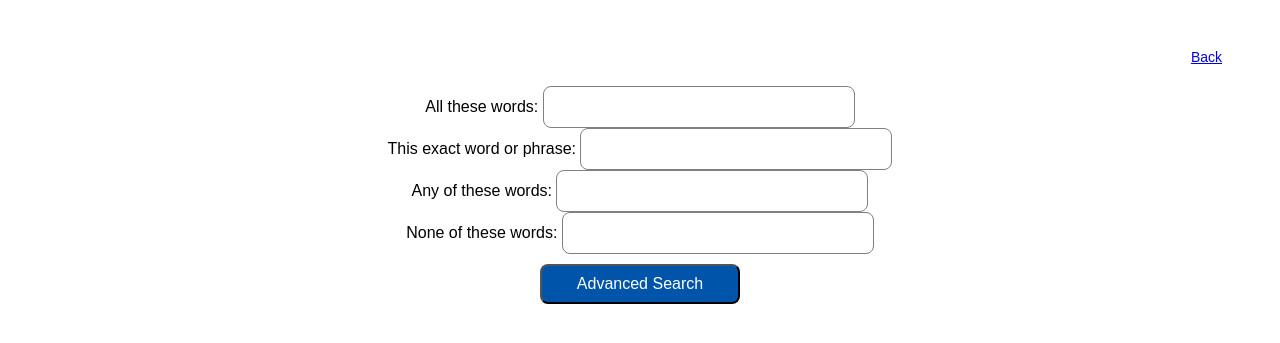
Repository: lyutok/cs50-search-project
Page: advanced.html
An editor plug-in stored every save of this project. The page is shown before and after the next save, followed by the edit.
The browser window is 1280 px wide. The pictures show the whole page.
The style sheet was rebuilt from its Sass, Less or Tailwind sources for each picture, by a compiler version that may differ from the author's.

Above is the page before, as saved 2025-07-07 12:31:16.

### advanced.html
<!DOCTYPE html>
<html lang="en">
<head>
    <meta name="viewport" content="width=device-width, initial-scale=1.0" charset="UTF-8">
    <title>Advanced Search</title>
    <link rel="stylesheet" href="styles.css">
    </head>
<body id="advanced_page">
    <div>
        <a href="google.html">Back</a>
    </div>
    <form action="https://www.google.com/search">
        <label for="all-words">All these words:</label>
        <input type="text" id="all-words" name="as_q">
        <br>
        <label for="exact-word">This exact word or phrase:</label>
        <input type="text" id="exact-word" name="as_epq">
        <br>
        <label for="any-word">Any of these words:</label>
        <input type="text" id="any-word" name="as_oq">
        <br>
        <label for="none-words">None of these words:</label>
        <input type="text" id="none-words" name="as_eq">

        <br>
        <button id="advanced" type="submit">Advanced Search</button>
    </form>
</body>
</html>

### styles.scss
$color: rgb(48, 177, 106);

a {
    font-size: 14px;
    padding: 10px;
}

body {
    font-family: Arial, sans-serif;
    padding: 20px;
    text-align: center;

    div {
        text-align: right;
        padding: 20px;
    }
}

input {
    width: 300px;
    height: 30px;
    border-radius: 8px;
    border: 1px solid grey;
    padding: 5px;
    font-size: 16px;
}

button {
    margin: 10px;
    border-radius: 8px;
    background-color: rgb(45, 128, 0);
    font-size: 16px;
    color: white;
    height: 40px;
    width: 100px;
}

#advanced {
  background-color: rgb(0, 85, 170);
  width: 200px;
}

button:hover {
                background-color: rgb(192, 196, 186);
            }

#advanced_page {
    align-items: left;
}

After the next save:
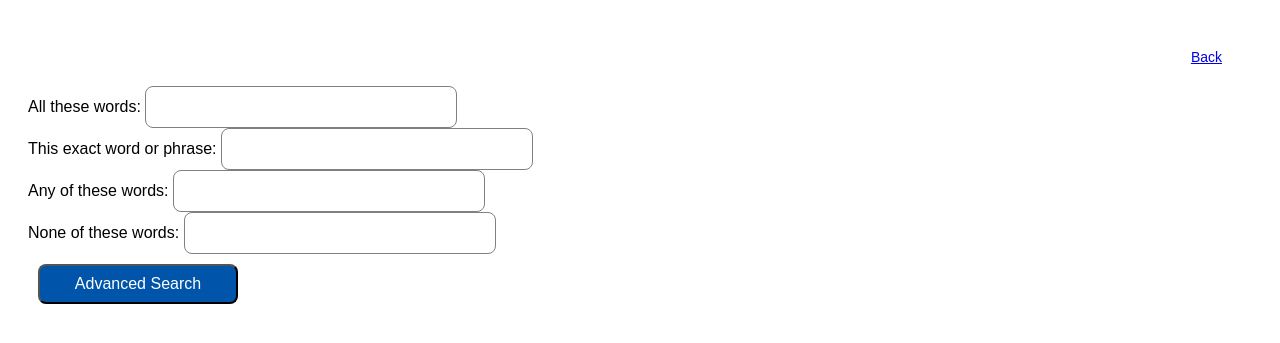
Saved 54 s later.
--- a/styles.scss
+++ b/styles.scss
@@ -45,5 +45,5 @@ button:hover {
             }
 
 #advanced_page {
-    align-items: left;
+    text-align: left;
 }
